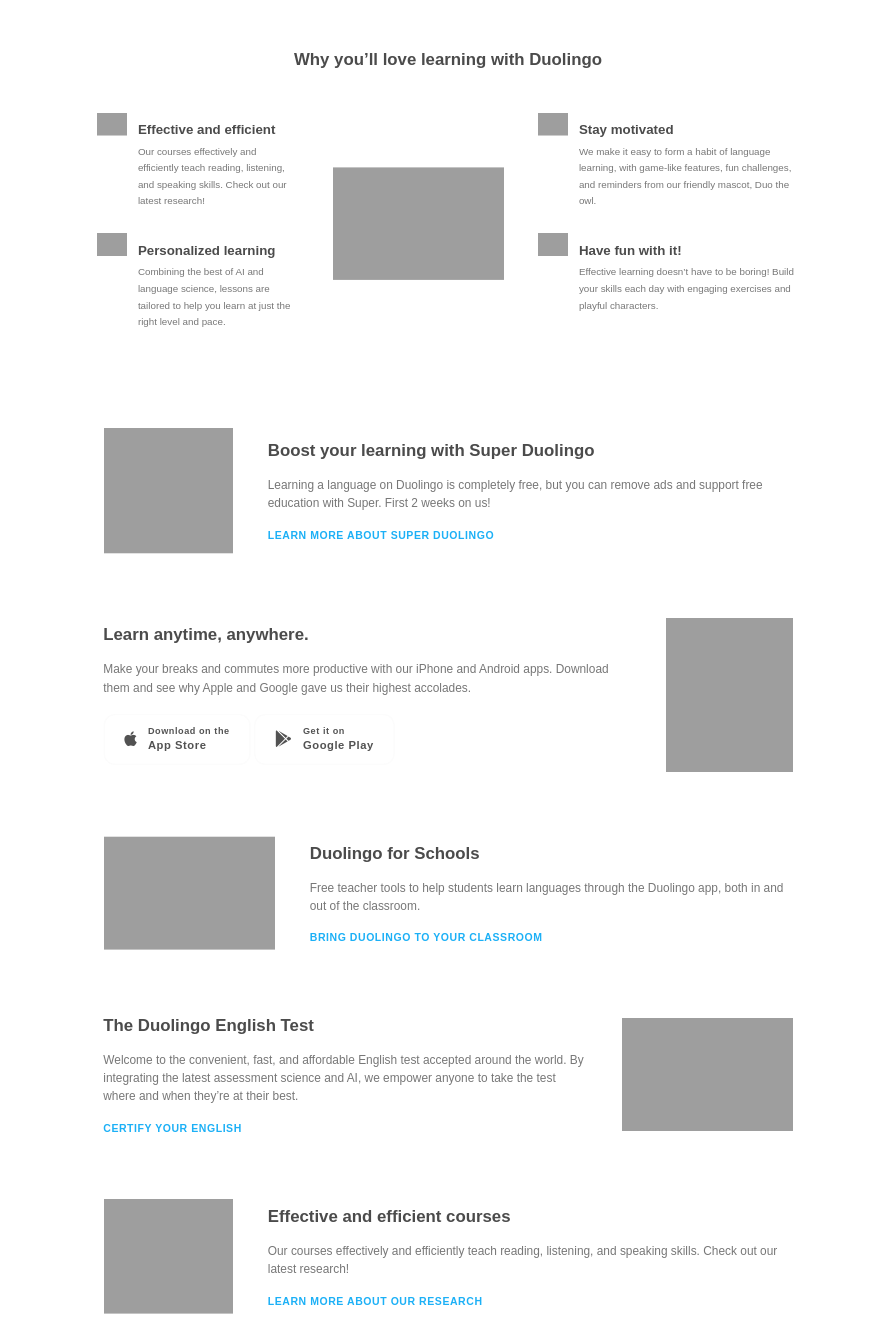
Repository: kauittt/duolingo-little
Page: login.html
These files come from the project's save history. The page is drawn as it stood at one moment and after the next save; the edit follows.
The browser window is 1280 px wide. The pictures show the part of the page from y = 937 to 2857 px (the page is 2857 px tall), at 70% of full size.
The pointer rests on the first visible `.download .section-content__link-item`.
Pictures or frames that could not be fetched are drawn as grey boxes. A picture or video elsewhere on the page could not be fetched, so the positions and the page height are approximate. Some web libraries are served in a nearby version.

Above is the page before, as saved 2023-03-26 20:59:16.

After the next save:
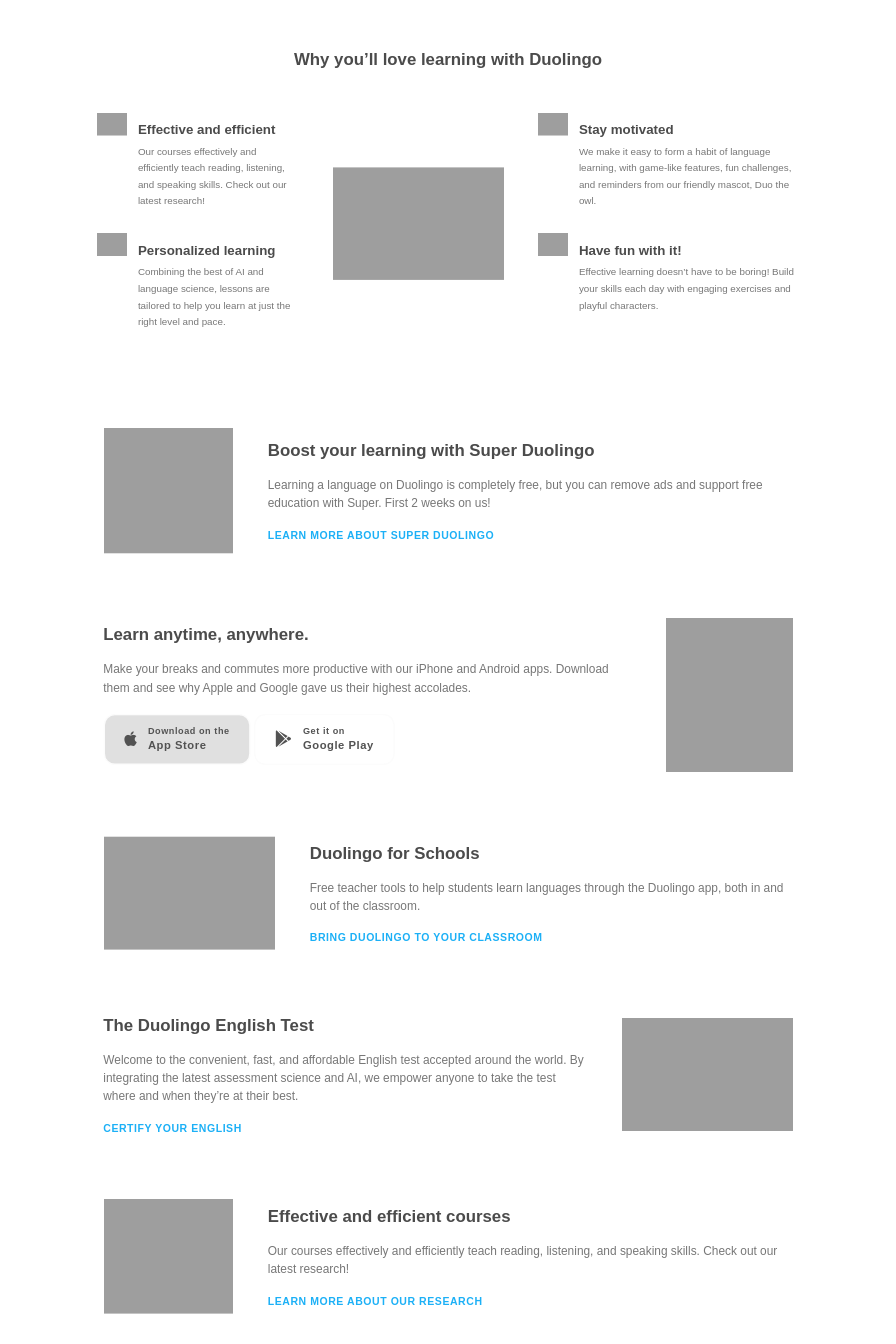
Saved 5 s later.
--- a/assets/css/stytes.css
+++ b/assets/css/stytes.css
@@ -227,8 +227,8 @@
 }
 
 .download .section-content__link-item:hover {
-    /* background: #ccc; */
-    /* filter: none; */
+    background: #ccc;
+    filter: none;
 }
 
 .section-content__link-item > i {
